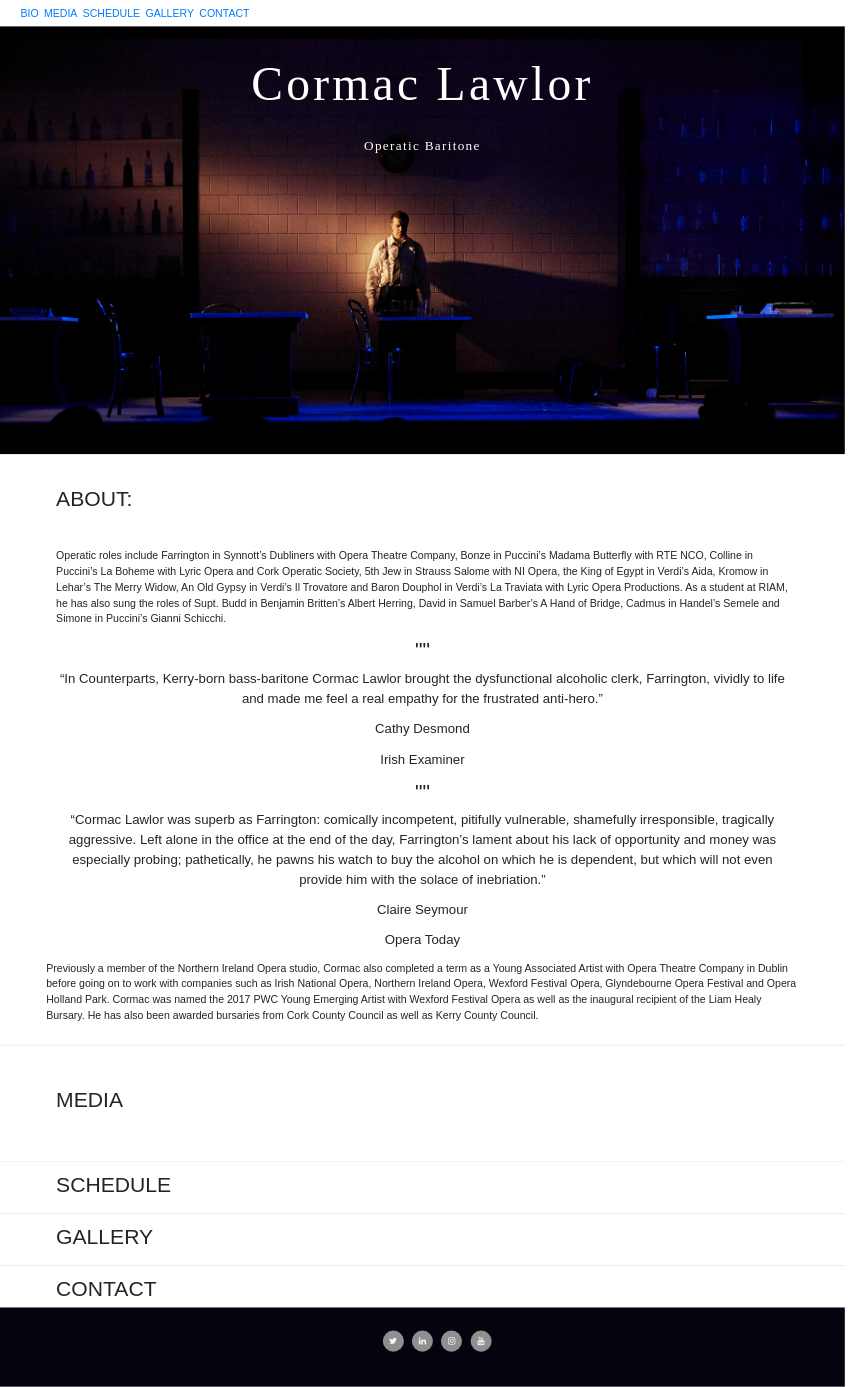
Repository: armedcor/frontend-project
Page: index.html
The author's editor kept a record of every edit. The page is drawn from the files as they stood at one moment, then again after the next edit.
The browser window is 1280 px wide. The page is 1295 px wide, so the pictures cover 1295 px, including what lies to the right of the window. The pictures show the whole page, at 66% of full size.
Backgrounds fixed to the window are drawn as part of the page. Some web fonts or font styles are not loaded; a fallback is used.

Above is the page before.

### index.html
<!doctype html>
<html lang="en">

<head>
    <!-- Required meta tags -->
    <meta charset="utf-8">
    <meta name="viewport" content="width=device-width, initial-scale=1.0">

    <!-- Bootstrap CSS -->
    <link rel="stylesheet" href="https://stackpath.bootstrapcdn.com/bootstrap/4.3.1/css/bootstrap.min.css" integrity="sha384-ggOyR0iXCbMQv3Xipma34MD+dH/1fQ784/j6cY/iJTQUOhcWr7x9JvoRxT2MZw1T" crossorigin="anonymous">
    <!-- FontAwesome Link -->
    <link rel="stylesheet" href="https://stackpath.bootstrapcdn.com/font-awesome/4.7.0/css/font-awesome.min.css" type="text/css" />
    <link href="https://fonts.googleapis.com/css?family=Montserrat|Quattrocento&display=swap" rel="stylesheet">
    <!-- Local Style Sheet -->
    <link rel="stylesheet" href="assets/css/style.css" type="text/css" />
    <title>Cormac Lawlor | Baritone</title>
</head>

<body>
    <!-- Main landing image -->
    <div class="container-fluid nav-container">
        <nav class="navbar navbar-dark navbar-expand-sm">
            <ul class="navbar-nav mr-auto">
                <li class="active nav-item mr-2"><a class="page-scroll" href="#about-me">BIO</a></li>
                <li class="nav-item mr-2"><a class="page-scroll" href="#media">MEDIA</a></li>
                <li class="nav-item mr-2"><a class="page-scroll" href="#schedule">SCHEDULE</a></li>
                <li class="nav-item mr-2"><a class="page-scroll" href="#gallery">GALLERY</a></li>
                <li class="nav-item mr-2"><a class="page-scroll" href="#contact">CONTACT</a></li>
            </ul>
        </nav>
    </div>


    <div class="container-fluid callout-container">
        <div class="row">
            <div class="col-12">
                <section class="jumbotron text-center">
                    <h1 class="display-4 jumbotron-header">Cormac Lawlor</h1>
                    <hr>
                    <p class="lead jumbotron-text">Operatic Baritone</p>
                </section>
            </div>
        </div>
    </div>



    <!-- About me text including media quotes -->

    <div class="row">
        <section class="container" id="about-me">
            <div class="row">
                <div class="col-12 my-5">
                    <h2 class="text-uppercase">About:</h2>
                </div>
            </div>
            <div class="row bio">
                <div class="col-12">
                    <p>Operatic roles include Farrington in Synnott’s Dubliners with Opera Theatre Company, Bonze in Puccini’s Madama Butterfly with RTE NCO, Colline in Puccini’s La Boheme with Lyric Opera and Cork Operatic Society, 5th Jew in Strauss Salome
                        with NI Opera, the King of Egypt in Verdi’s Aida, Kromow in Lehar’s The Merry Widow, An Old Gypsy in Verdi’s Il Trovatore and Baron Douphol in Verdi’s La Traviata with Lyric Opera Productions. As a student at RIAM, he has also
                        sung the roles of Supt. Budd in Benjamin Britten’s Albert Herring, David in Samuel Barber’s A Hand of Bridge, Cadmus in Handel’s Semele and Simone in Puccini’s Gianni Schicchi.</p>
                </div>
            </div>
        </section>
    </div>
    <section class="container" id="quotes">
        <div class="row">
            <div class="col-12 mobile-hidden">
                <blockquote class="blockquote">
                    <h2>""</h2>
                    <p class="quote-text">“In Counterparts, Kerry-born bass-baritone Cormac Lawlor brought the dysfunctional alcoholic clerk, Farrington, vividly to life and made me feel a real empathy for the frustrated anti-hero.”</p>
                    <p class="quote-author"> Cathy Desmond</p>
                    <p class="quote-location">Irish Examiner</p>
                </blockquote>
            </div>
            <div class="col-12 col-xs-12">
                <blockquote class="blockquote">
                    <h2>""</h2>
                    <p="quote-text">“Cormac Lawlor was superb as Farrington: comically incompetent, pitifully vulnerable, shamefully irresponsible, tragically aggressive. Left alone in the office at the end of the day, Farrington’s lament about his lack of opportunity
                        and money was especially probing; pathetically, he pawns his watch to buy the alcohol on which he is dependent, but which will not even provide him with the solace of inebriation.”</p>
                        <p class="quote-author">Claire Seymour</p>
                        <p class="quote-location">Opera Today</p>
                </blockquote>
            </div>
        </div>
    </section>

    <section class="about-me container">
        <div class="row bio">
            <div class="col-6"></div>
            <p>Previously a member of the Northern Ireland Opera studio, Cormac also completed a term as a Young Associated Artist with Opera Theatre Company in Dublin before going on to work with companies such as Irish National Opera, Northern Ireland
                Opera, Wexford Festival Opera, Glyndebourne Opera Festival and Opera Holland Park. Cormac was named the 2017 PWC Young Emerging Artist with Wexford Festival Opera as well as the inaugural recipient of the Liam Healy Bursary. He has also
                been awarded bursaries from Cork County Council as well as Kerry County Council.</p>
        </div>
        </div>

    </section>

    <hr>

    <!-- Media section include soundcloud -->

    <section class="container" id="media">
        <div class="row">
            <div class="col-12 my-5">
                <h2 class="text-uppercase">Media</h2>
            </div>
        </div>
        <!--<div class="row">-->
        <!--    <div class="col-12">-->
        <!--        <iframe width="100%" height="166" scrolling="no" frameborder="no" allow="autoplay" src="https://w.soundcloud.com/player/?url=https%3A//api.soundcloud.com/tracks/420888168&color=%23ff5500&auto_play=-->
        <!--            false&hide_related=true&show_comments=true&show_user=true&show_reposts=false&show_teaser=true"></iframe>-->
        <!--    </div>-->
        <!--</div>-->
        <!--<div class="row">-->
        <!--    <div class="col-12 my-5">-->
        <!--        <iframe width="100%" height="166" scrolling="no" frameborder="no" allow="autoplay" src="https://w.soundcloud.com/player/?url=https%3A//api.soundcloud.com/tracks/420889467&color=%23ff5500&auto_play-->
        <!--            =false&hide_related=true&show_comments=true&show_user=true&show_reposts=false&show_teaser=true"></iframe>-->
        <!--    </div>-->
        <!--</div>-->
    </section>

    <hr>

    <section class="container" id="schedule">
        <div class="row">
            <div class="col-12">
                <h2 class="text-uppercase">Schedule</h2>
            </div>
        </div>
    </section>

    <hr>

    <section class="container" id="gallery">
        <div class="row">
            <div class="col-12">
                <h2 class="text-uppercase">Gallery</h2>
            </div>
        </div>
    </section>

    <hr>

    <section class="container" id="contact">
        <div class="row">
            <div class="col-12">
                <h2 class="text-uppercase">Contact</h2>
            </div>
        </div>
    </section>



</body>

<footer class="container-fluid">
    <div id="footer-details" class="row">
        <div class="col-12">
            <ul class="list-inline social-links">
                <li class="list-inline-item">
                    <a target="_blank" href="#">
                            <i class="fa fa-twitter" aria-hidden="true"></i>
                            <span class="sr-only">Twitter</span>
                        </a>
                </li>
                <li class="list-inline-item">
                    <a target="_blank" href="#">
                            <i class="fa fa-linkedin" aria-hidden="true"></i>
                            <span class="sr-only">LinkedIn</span>
                        </a>
                </li>
                <li class="list-inline-item">
                    <a target="_blank" href="#">
                            <i class="fa fa-instagram" aria-hidden="true"></i>
                            <span class="sr-only">Instagram</span>
                        </a>
                </li>
                <li class="list-inline-item">
                    <a target="_blank" href="#">
                            <i class="fa fa-youtube" aria-hidden="true"></i>
                            <span class="sr-only">Youtube</span>
                        </a>
                </li>
            </ul>
        </div>
    </div>

</footer>

</html>

### assets/css/style.css
@import url('https://fonts.googleapis.com/css?family=Exo+2:300i,400,400i,500
,
500i);

/*----------------------NavBar */



/*-------------------- Body Containers */

.callout-container {
    height: 90vh;
    background: url("../photos/Cormac.jpg") no-repeat center center fixed;
    -webkit-background-size: cover;
    -moz-background-size: cover;
    -o-background-size: cover;
    background-size: cover;

    display: flex;
    align-items: center;
    justify-content: center;



}

/*----------------------General Fonts, paddings and special characters */




body {
    font-family: "Exo 2", sans-serif;
}

#quotes h2 p {
    text-align: center;
}

.blockquote {
    text-align: center;
}

@media (max-width: 999px) {
    .mobile-hidden {
        display: none;
    }

}

.jumbotron {
    background: transparent;
}

.jumbotron-header {
    font-family: 'Quattrocento', serif;
    color: white;
    letter-spacing: 5px;
    font-size: 72px;
}

.jumbotron-text {
    color: white;
    font-family: 'Quattrocento', serif;
    letter-spacing:2px;
    font-weight: 300
    font-family: 'Montserrat', sans-serif;
    padding-bottom: 360px;
}







/*----------------------Footer */

footer {
    background-color: #05030e;
    color: #fafafa;
    min-height: 120px;
    margin: 0;
}



.social-links {
    padding-left: 45%;
    padding-top: 15px;
    padding-bottom: 15px;
}

.social-links li a i {
    width: 32px;
    height: 32px;
    padding: 12px 0;
    border-radius: 50%;
    font-size: 13px;
    line-height: 7px;
    text-align: center;
    color: #fafafa;
    background-color: #8f8f8f;
    transition: all 0.35s ease-in-out;
    -moz-transition: all 0.35s ease-in-out;
    -webkit-transition: all 0.35s ease-in-out;
    -o-transition: all 0.35s ease-in-out;
}

.social-links li a i:hover {
    background-color: #2662c1;
}

#footer-details {
    padding: 20px;
}



/*------- {
    background: #000 !important;
    color: #0f0 !important;
    outline: solid #f00 1px !important;
}

*/

After the next edit:
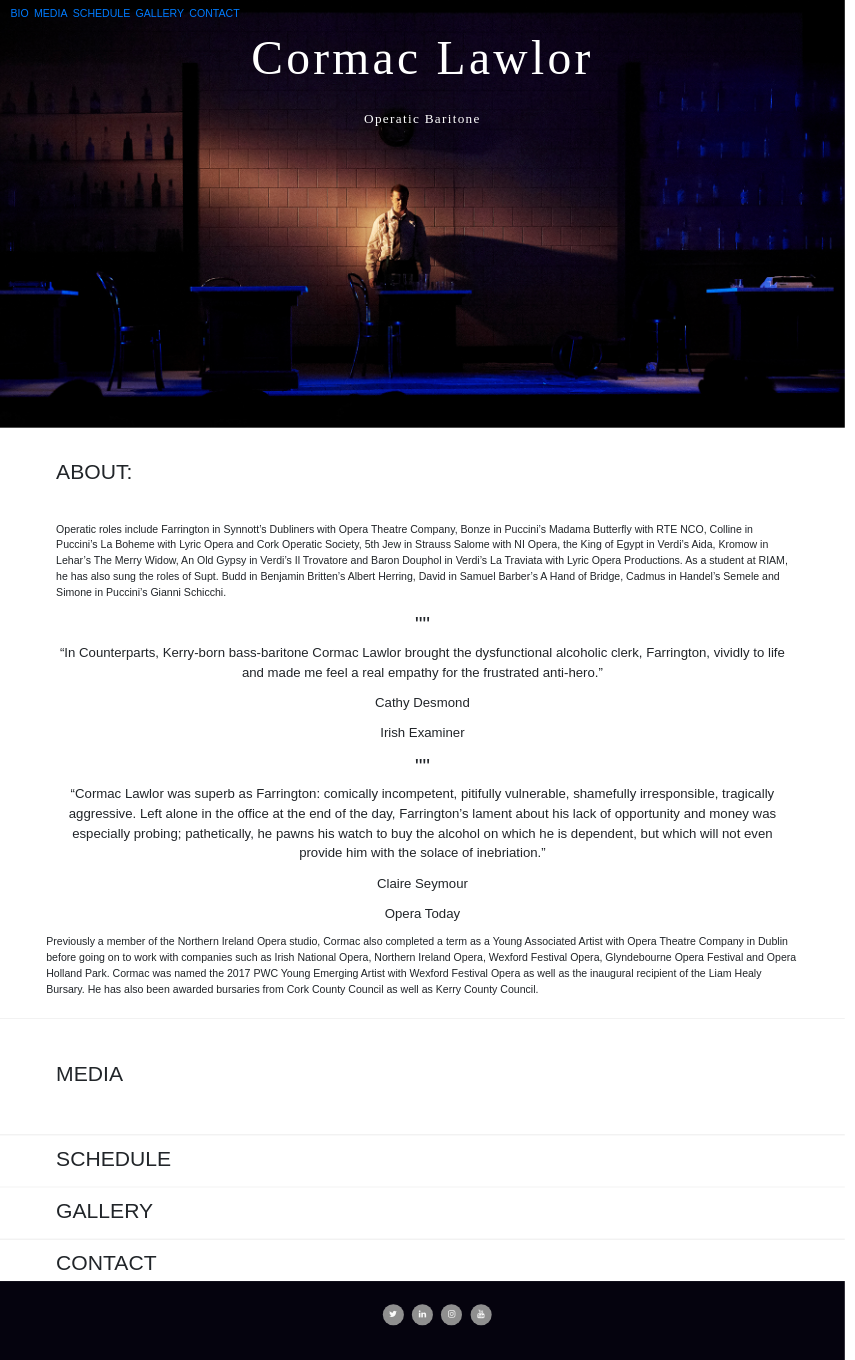
The edit:
--- a/assets/css/style.css
+++ b/assets/css/style.css
@@ -3,6 +3,19 @@
 500i);
 
 /*----------------------NavBar */
+
+.nav-container {
+ position: absolute;
+ top: 0;
+ left: 0;
+ padding-left: 0;
+ padding-right: 0;
+}
+
+.navbar {
+    margin-bottom: 0;
+    border: 0;
+}
 
 
 
